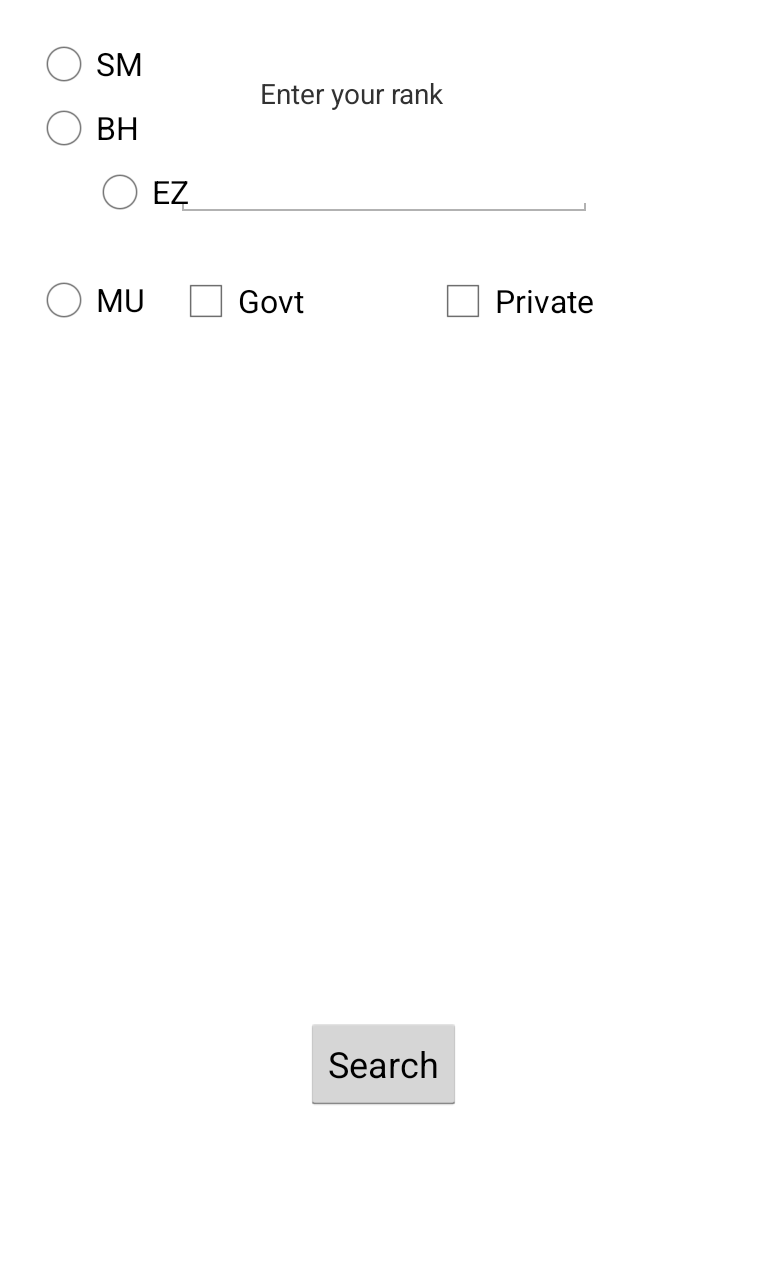
Repository: sandeepsas/Keam360
Layout: KEAM360/res/layout/activity_main.xml
An editor plug-in stored every save of this project. The layout is shown before and after the next save, followed by the edit.
It is drawn on a 768 x 1280 px phone screen (xhdpi) without system bars, with theme AppTheme; the app's code is not run.

Above is the layout before, as saved 2015-08-02 18:22:34.

### KEAM360/res/layout/activity_main.xml
<RelativeLayout xmlns:android="http://schemas.android.com/apk/res/android"
    xmlns:tools="http://schemas.android.com/tools"
    android:layout_width="match_parent"
    android:layout_height="match_parent"
    android:paddingBottom="@dimen/activity_vertical_margin"
    android:paddingLeft="@dimen/activity_horizontal_margin"
    android:paddingRight="@dimen/activity_horizontal_margin"
    android:paddingTop="@dimen/activity_vertical_margin"
    tools:context="com.sandeepsas.keam360.MainActivity" >

    <TextView
        android:id="@+id/textView1"
        android:layout_width="wrap_content"
        android:layout_height="wrap_content"
        android:layout_alignLeft="@+id/editText1"
        android:layout_alignParentTop="true"
        android:layout_marginLeft="43dp"
        android:layout_marginTop="21dp"
        android:text="Enter your rank" />

    <EditText
        android:id="@+id/editText1"
        android:layout_width="wrap_content"
        android:layout_height="wrap_content"
        android:layout_below="@+id/textView1"
        android:layout_centerHorizontal="true"
        android:layout_marginTop="14dp"
        android:ems="10" />

    <CheckBox
        android:id="@+id/checkBox1"
        android:layout_width="wrap_content"
        android:layout_height="wrap_content"
        android:layout_alignLeft="@+id/editText1"
        android:layout_below="@+id/editText1"
        android:layout_marginTop="25dp"
        android:text="Govt" />

    <CheckBox
        android:id="@+id/checkBox2"
        android:layout_width="wrap_content"
        android:layout_height="wrap_content"
        android:layout_alignBaseline="@+id/checkBox1"
        android:layout_alignBottom="@+id/checkBox1"
        android:layout_alignRight="@+id/editText1"
        android:text="Private" />

    <Button
        android:id="@+id/button1"
        android:layout_width="wrap_content"
        android:layout_height="wrap_content"
        android:layout_alignParentBottom="true"
        android:layout_centerHorizontal="true"
        android:layout_marginBottom="68dp"
        android:text="Search" />

    <LinearLayout
        android:layout_width="wrap_content"
        android:layout_height="wrap_content" >

        <RadioGroup
            android:layout_width="wrap_content"
            android:layout_height="wrap_content" >

            <RadioButton
                android:id="@+id/radioButton1"
                android:layout_width="wrap_content"
                android:layout_height="wrap_content"
                android:layout_alignLeft="@+id/checkBox1"
                android:layout_centerVertical="true"
                android:text="SM" />

            <RadioButton
                android:id="@+id/RadioButton01"
                android:layout_width="wrap_content"
                android:layout_height="wrap_content"
                android:layout_centerVertical="true"
                android:layout_toLeftOf="@+id/checkBox2"
                android:text="BH" />

            <RadioButton
                android:id="@+id/RadioButton02"
                android:layout_width="wrap_content"
                android:layout_height="wrap_content"
                android:layout_centerVertical="true"
                android:layout_marginLeft="28dp"
                android:layout_toRightOf="@+id/button1"
                android:text="EZ" />

            <RadioButton
                android:id="@+id/RadioButton03"
                android:layout_width="wrap_content"
                android:layout_height="wrap_content"
                android:layout_alignRight="@+id/textView1"
                android:layout_below="@+id/RadioButton01"
                android:layout_marginTop="22dp"
                android:text="MU" />
        </RadioGroup>
    </LinearLayout>

</RelativeLayout>

Loaded but not shown: KEAM360/res/values/styles.xml (common file); KEAM360/res/values-v11/styles.xml (common file); KEAM360/res/values-v14/styles.xml (common file); KEAM360/res/values/dimens.xml (common file); KEAM360/res/values-w820dp/dimens.xml (common file)

After the next save:
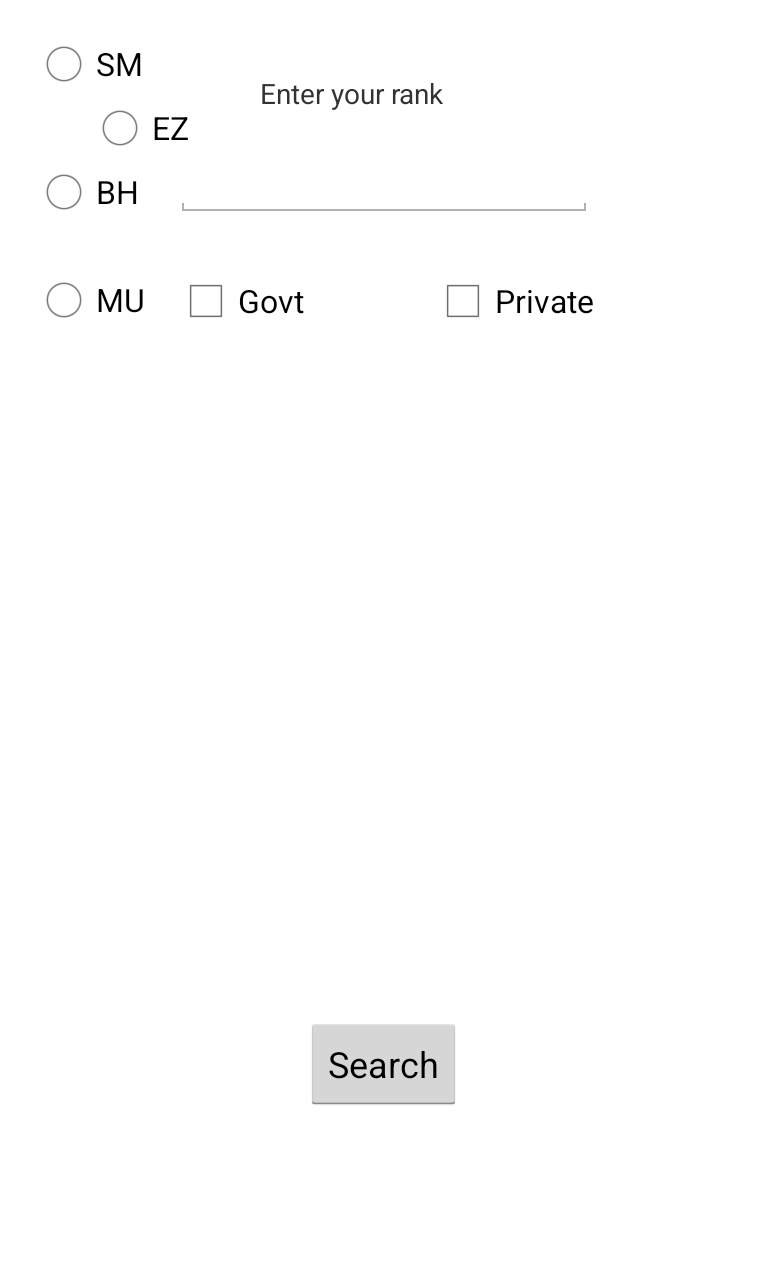
Saved 44 s later.
--- a/KEAM360/res/layout/activity_main.xml
+++ b/KEAM360/res/layout/activity_main.xml
@@ -56,7 +56,8 @@
 
     <LinearLayout
         android:layout_width="wrap_content"
-        android:layout_height="wrap_content" >
+        android:layout_height="wrap_content"
+        android:orientation="vertical" >
 
         <RadioGroup
             android:layout_width="wrap_content"
@@ -71,21 +72,19 @@
                 android:text="SM" />
 
             <RadioButton
+                android:id="@+id/RadioButton02"
+                android:layout_width="wrap_content"
+                android:layout_height="wrap_content"
+                android:layout_marginLeft="28dp"
+                android:text="EZ" />
+
+            <RadioButton
                 android:id="@+id/RadioButton01"
                 android:layout_width="wrap_content"
                 android:layout_height="wrap_content"
                 android:layout_centerVertical="true"
                 android:layout_toLeftOf="@+id/checkBox2"
                 android:text="BH" />
-
-            <RadioButton
-                android:id="@+id/RadioButton02"
-                android:layout_width="wrap_content"
-                android:layout_height="wrap_content"
-                android:layout_centerVertical="true"
-                android:layout_marginLeft="28dp"
-                android:layout_toRightOf="@+id/button1"
-                android:text="EZ" />
 
             <RadioButton
                 android:id="@+id/RadioButton03"
